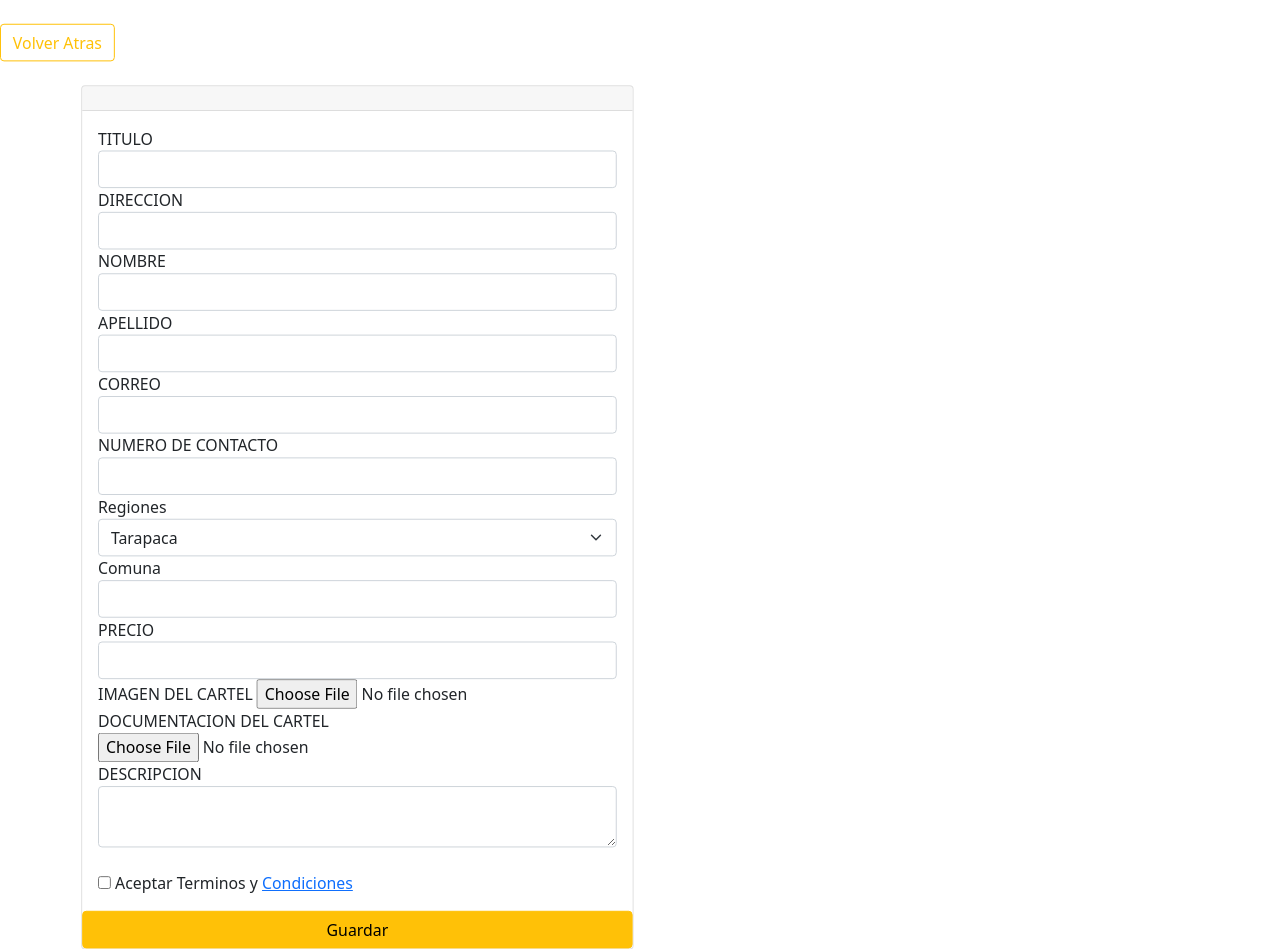
Repository: programador23/PublicitaMasWebVersionFinal
Page: http://localhost/carteles/FormularioAgregarCartel
An editor plug-in stored every save of this project. The page is shown before and after the next save, followed by the edit.
The browser window is 1280 px wide. The pictures show the whole page, at 99% of full size.
The page is this project's Thymeleaf template; nobody is signed in. The template is opened directly, without the code that normally fills it, so the values that code supplies are empty.

Above is the page before, as saved 2021-07-07 14:25:33.

### PublicitaMasWeb-master/src/main/resources/templates/carteles/FormularioAgregarCartel.html
<!DOCTYPE html>
<html xmlns:th="http://www.thymeLeaf.org">

<head>
	<meta charset="ISO-8859-1">
	<title th:text="${titulo}">Agregar Campania Publicitaria</title>
	<link href="https://cdn.jsdelivr.net/npm/bootstrap@5.0.0-beta2/dist/css/bootstrap.min.css" rel="stylesheet"
		integrity="sha384-BmbxuPwQa2lc/FVzBcNJ7UAyJxM6wuqIj61tLrc4wSX0szH/Ev+nYRRuWlolflfl" crossorigin="anonymous">
	<script src="https://cdnjs.cloudflare.com/ajax/libs/jquery/3.3.1/jquery.min.js"></script>

</head>

<body>

<br>
<div class="btn-group" role="group" aria-label="Basic outlined example">
<a href="javascript:history.back()" class="btn btn-outline-warning" aria-current="page">Volver Atras</a>
</div>
<br>

	<script src="carteles/RegionesYComunas.js"></script>
	<div class="container mt-4">
		<div class="col-sm-6">
			<form th:action="@{/savecartel}" th:object=${cartelpublicitario} method="POST"
				enctype="multipart/form-data">
				<div class="card">
					<div class="card-header text-center" >
						<h3 th:text="${titulo}">Agregar Cartel Publicitario</h3>
					</div>
					<div class="card-body">
						<div class="form-group">
							<input th:field="*{id}" type="hidden" class="form-control" />
						</div>
						<div class="form-group">
							 <input th:field="*{idusuario}" type="text" class="form-control" hidden />
						</div>

						<div class="form-group">
							<label>TITULO </label> <input th:field="*{titulo}" type="text" class="form-control"
								required="required" />
						</div>

						<div class="form-group">
							<label>DIRECCION</label> <input th:field="*{direccion}" type="text" class="form-control"
								required="required" />
						</div>

						<div class="form-group">
							<label>NOMBRE</label> <input th:field="*{nombre}" type="text" class="form-control"
								required="required" />
						</div>

						<div class="form-group">
							<label>APELLIDO</label> <input th:field="*{apellido}" type="text" class="form-control"
								required="required" />
						</div>

						<div class="form-group">
							<label>CORREO</label> <input th:field="*{correo}" type="email" class="form-control"
								required="required" />
						</div>
						<div class="form-group">
							<label>NUMERO DE CONTACTO</label> <input th:field="*{nrocontacto}" type="number"
								 class="form-control" required="required" max="9" />
						</div>

						<div class="form-group">
							<label>Regiones</label>
							<select id="*{region}" name="region" class="form-select">
								<option value="Tarapaca">Tarapaca</option>
								<option value="Antofagasta">Antofagasta</option>
								<option value="Atacama">Atacama</option>
								<option value="Coquimbo">Coquimbo</option>
								<option value="Valparaiso">Valparaiso</option>
								<option value="O'Higgins">O'Higgins</option>
								<option value="Maule">Maule</option>
								<option value="Bio - Bio">Bio - Bio</option>
								<option value="Araucania">Araucania</option>
								<option value="Los Lagos">Los Lagos</option>
								<option value="Aisen">Aisen</option>
								<option value="Magallanes Y Antartica">Magallanes Y Antartica</option>
								<option value="Metropolitana">Metropolitana</option>
								<option value="Los Rios">Los Rios</option>
								<option value="Arica y Parinacota">Arica y Parinacota</option>

							</select>
								<div class="form-group">
							<label>Comuna</label> <input th:field="*{comuna}" type="text" class="form-control"
								required="required" />
						</div>

						</div>

							<div class="form-group">
							<label>PRECIO</label> <input th:field="*{precio}" type="number" class="form-control"
								required="required" />
						</div>

						<div class="form-group">
							<label>IMAGEN DEL CARTEL</label> <input type="file" name="file" id="image" required/>
						</div>
						<div class="form-group">
							<label>DOCUMENTACION DEL CARTEL</label> <input type="file" name="document"
								id="documentos" required/>
						</div>
																		<div class="form-group">
							<label>DESCRIPCION</label> <textarea th:field="*{detalle}" type="text"
								class="form-control" required="required"></textarea>
						</div>
						<br>
						<input type="checkbox" name="condiciones" required/>
						<label for="condiciones">Aceptar Terminos y <a href="pagina_condiciones.html">Condiciones</a> </label>




					</div>
					<div class="d-grid gap-2 btn-block">
						<input type="submit" value="Guardar" class="btn btn-warning">

					</div>
				</div>
			</form>

		</div>
	</div>

		<script src="https://code.jquery.com/jquery-3.6.0.js"></script>
<script src="regionesycomunas.js"></script>
</body>

</html>

### PublicitaMasWeb-master/src/main/resources/static/regionesycomunas.js
var RegionesYcomunas = {

	"regiones": [{
			"NombreRegion": "Arica y Parinacota",
			"comunas": ["Arica", "Camarones", "Putre", "General Lagos"]
	},
		{
			"NombreRegion": "Tarapacá",
			"comunas": ["Iquique", "Alto Hospicio", "Pozo Almonte", "Camiña", "Colchane", "Huara", "Pica"]
	},
		{
			"NombreRegion": "Antofagasta",
			"comunas": ["Antofagasta", "Mejillones", "Sierra Gorda", "Taltal", "Calama", "Ollagüe", "San Pedro de Atacama", "Tocopilla", "María Elena"]
	},
		{
			"NombreRegion": "Atacama",
			"comunas": ["Copiapó", "Caldera", "Tierra Amarilla", "Chañaral", "Diego de Almagro", "Vallenar", "Alto del Carmen", "Freirina", "Huasco"]
	},
		{
			"NombreRegion": "Coquimbo",
			"comunas": ["La Serena", "Coquimbo", "Andacollo", "La Higuera", "Paiguano", "Vicuña", "Illapel", "Canela", "Los Vilos", "Salamanca", "Ovalle", "Combarbalá", "Monte Patria", "Punitaqui", "Río Hurtado"]
	},
		{
			"NombreRegion": "Valparaíso",
			"comunas": ["Valparaíso", "Casablanca", "Concón", "Juan Fernández", "Puchuncaví", "Quintero", "Viña del Mar", "Isla de Pascua", "Los Andes", "Calle Larga", "Rinconada", "San Esteban", "La Ligua", "Cabildo", "Papudo", "Petorca", "Zapallar", "Quillota", "Calera", "Hijuelas", "La Cruz", "Nogales", "San Antonio", "Algarrobo", "Cartagena", "El Quisco", "El Tabo", "Santo Domingo", "San Felipe", "Catemu", "Llaillay", "Panquehue", "Putaendo", "Santa María", "Quilpué", "Limache", "Olmué", "Villa Alemana"]
	},
		{
			"NombreRegion": "Región del Libertador Gral. Bernardo O’Higgins",
			"comunas": ["Rancagua", "Codegua", "Coinco", "Coltauco", "Doñihue", "Graneros", "Las Cabras", "Machalí", "Malloa", "Mostazal", "Olivar", "Peumo", "Pichidegua", "Quinta de Tilcoco", "Rengo", "Requínoa", "San Vicente", "Pichilemu", "La Estrella", "Litueche", "Marchihue", "Navidad", "Paredones", "San Fernando", "Chépica", "Chimbarongo", "Lolol", "Nancagua", "Palmilla", "Peralillo", "Placilla", "Pumanque", "Santa Cruz"]
	},
		{
			"NombreRegion": "Región del Maule",
			"comunas": ["Talca", "ConsVtución", "Curepto", "Empedrado", "Maule", "Pelarco", "Pencahue", "Río Claro", "San Clemente", "San Rafael", "Cauquenes", "Chanco", "Pelluhue", "Curicó", "Hualañé", "Licantén", "Molina", "Rauco", "Romeral", "Sagrada Familia", "Teno", "Vichuquén", "Linares", "Colbún", "Longaví", "Parral", "ReVro", "San Javier", "Villa Alegre", "Yerbas Buenas"]
	},
		{
			"NombreRegion": "Región del Biobío",
			"comunas": ["Concepción", "Coronel", "Chiguayante", "Florida", "Hualqui", "Lota", "Penco", "San Pedro de la Paz", "Santa Juana", "Talcahuano", "Tomé", "Hualpén", "Lebu", "Arauco", "Cañete", "Contulmo", "Curanilahue", "Los Álamos", "Tirúa", "Los Ángeles", "Antuco", "Cabrero", "Laja", "Mulchén", "Nacimiento", "Negrete", "Quilaco", "Quilleco", "San Rosendo", "Santa Bárbara", "Tucapel", "Yumbel", "Alto Biobío", "Chillán", "Bulnes", "Cobquecura", "Coelemu", "Coihueco", "Chillán Viejo", "El Carmen", "Ninhue", "Ñiquén", "Pemuco", "Pinto", "Portezuelo", "Quillón", "Quirihue", "Ránquil", "San Carlos", "San Fabián", "San Ignacio", "San Nicolás", "Treguaco", "Yungay"]
	},
		{
			"NombreRegion": "Región de la Araucanía",
			"comunas": ["Temuco", "Carahue", "Cunco", "Curarrehue", "Freire", "Galvarino", "Gorbea", "Lautaro", "Loncoche", "Melipeuco", "Nueva Imperial", "Padre las Casas", "Perquenco", "Pitrufquén", "Pucón", "Saavedra", "Teodoro Schmidt", "Toltén", "Vilcún", "Villarrica", "Cholchol", "Angol", "Collipulli", "Curacautín", "Ercilla", "Lonquimay", "Los Sauces", "Lumaco", "Purén", "Renaico", "Traiguén", "Victoria", ]
	},
		{
			"NombreRegion": "Región de Los Ríos",
			"comunas": ["Valdivia", "Corral", "Lanco", "Los Lagos", "Máfil", "Mariquina", "Paillaco", "Panguipulli", "La Unión", "Futrono", "Lago Ranco", "Río Bueno"]
	},
		{
			"NombreRegion": "Región de Los Lagos",
			"comunas": ["Puerto Montt", "Calbuco", "Cochamó", "Fresia", "FruVllar", "Los Muermos", "Llanquihue", "Maullín", "Puerto Varas", "Castro", "Ancud", "Chonchi", "Curaco de Vélez", "Dalcahue", "Puqueldón", "Queilén", "Quellón", "Quemchi", "Quinchao", "Osorno", "Puerto Octay", "Purranque", "Puyehue", "Río Negro", "San Juan de la Costa", "San Pablo", "Chaitén", "Futaleufú", "Hualaihué", "Palena"]
	},
		{
			"NombreRegion": "Región Aisén del Gral. Carlos Ibáñez del Campo",
			"comunas": ["Coihaique", "Lago Verde", "Aisén", "Cisnes", "Guaitecas", "Cochrane", "O’Higgins", "Tortel", "Chile Chico", "Río Ibáñez"]
	},
		{
			"NombreRegion": "Región de Magallanes y de la AntárVca Chilena",
			"comunas": ["Punta Arenas", "Laguna Blanca", "Río Verde", "San Gregorio", "Cabo de Hornos (Ex Navarino)", "AntárVca", "Porvenir", "Primavera", "Timaukel", "Natales", "Torres del Paine"]
	},
		{
			"NombreRegion": "Región Metropolitana de Santiago",
			"comunas": ["Cerrillos", "Cerro Navia", "Conchalí", "El Bosque", "Estación Central", "Huechuraba", "Independencia", "La Cisterna", "La Florida", "La Granja", "La Pintana", "La Reina", "Las Condes", "Lo Barnechea", "Lo Espejo", "Lo Prado", "Macul", "Maipú", "Ñuñoa", "Pedro Aguirre Cerda", "Peñalolén", "Providencia", "Pudahuel", "Quilicura", "Quinta Normal", "Recoleta", "Renca", "San Joaquín", "San Miguel", "San Ramón", "Vitacura", "Puente Alto", "Pirque", "San José de Maipo", "Colina", "Lampa", "TilVl", "San Bernardo", "Buin", "Calera de Tango", "Paine", "Melipilla", "Alhué", "Curacaví", "María Pinto", "San Pedro", "Talagante", "El Monte", "Isla de Maipo", "Padre Hurtado", "Peñaflor"]
	}]
}


jQuery(document).ready(function () {

	var iRegion = 0;
	var htmlRegion = '<option value="sin-region">Seleccione región</option><option value="sin-region">--</option>';
	var htmlComunas = '<option value="sin-region">Seleccione comuna</option><option value="sin-region">--</option>';

	jQuery.each(RegionesYcomunas.regiones, function () {
		htmlRegion = htmlRegion + '<option value="' + RegionesYcomunas.regiones[iRegion].NombreRegion + '">' + RegionesYcomunas.regiones[iRegion].NombreRegion + '</option>';
		iRegion++;
	});

	jQuery('#regiones').html(htmlRegion);
	jQuery('#comunas').html(htmlComunas);

	jQuery('#regiones').change(function () {
		var iRegiones = 0;
		var valorRegion = jQuery(this).val();
		var htmlComuna = '<option value="sin-comuna">Seleccione comuna</option><option value="sin-comuna">--</option>';
		jQuery.each(RegionesYcomunas.regiones, function () {
			if (RegionesYcomunas.regiones[iRegiones].NombreRegion == valorRegion) {
				var iComunas = 0;
				jQuery.each(RegionesYcomunas.regiones[iRegiones].comunas, function () {
					htmlComuna = htmlComuna + '<option value="' + RegionesYcomunas.regiones[iRegiones].comunas[iComunas] + '">' + RegionesYcomunas.regiones[iRegiones].comunas[iComunas] + '</option>';
					iComunas++;
				});
			}
			iRegiones++;
		});
		jQuery('#comunas').html(htmlComuna);
	});
	jQuery('#comunas').change(function () {
		if (jQuery(this).val() == 'sin-region') {
			alert('selecciones Región');
		} else if (jQuery(this).val() == 'sin-comuna') {
			alert('selecciones Comuna');
		}
	});
	jQuery('#regiones').change(function () {
		if (jQuery(this).val() == 'sin-region') {
			alert('selecciones Región');
		}
	});

});

After the next save:
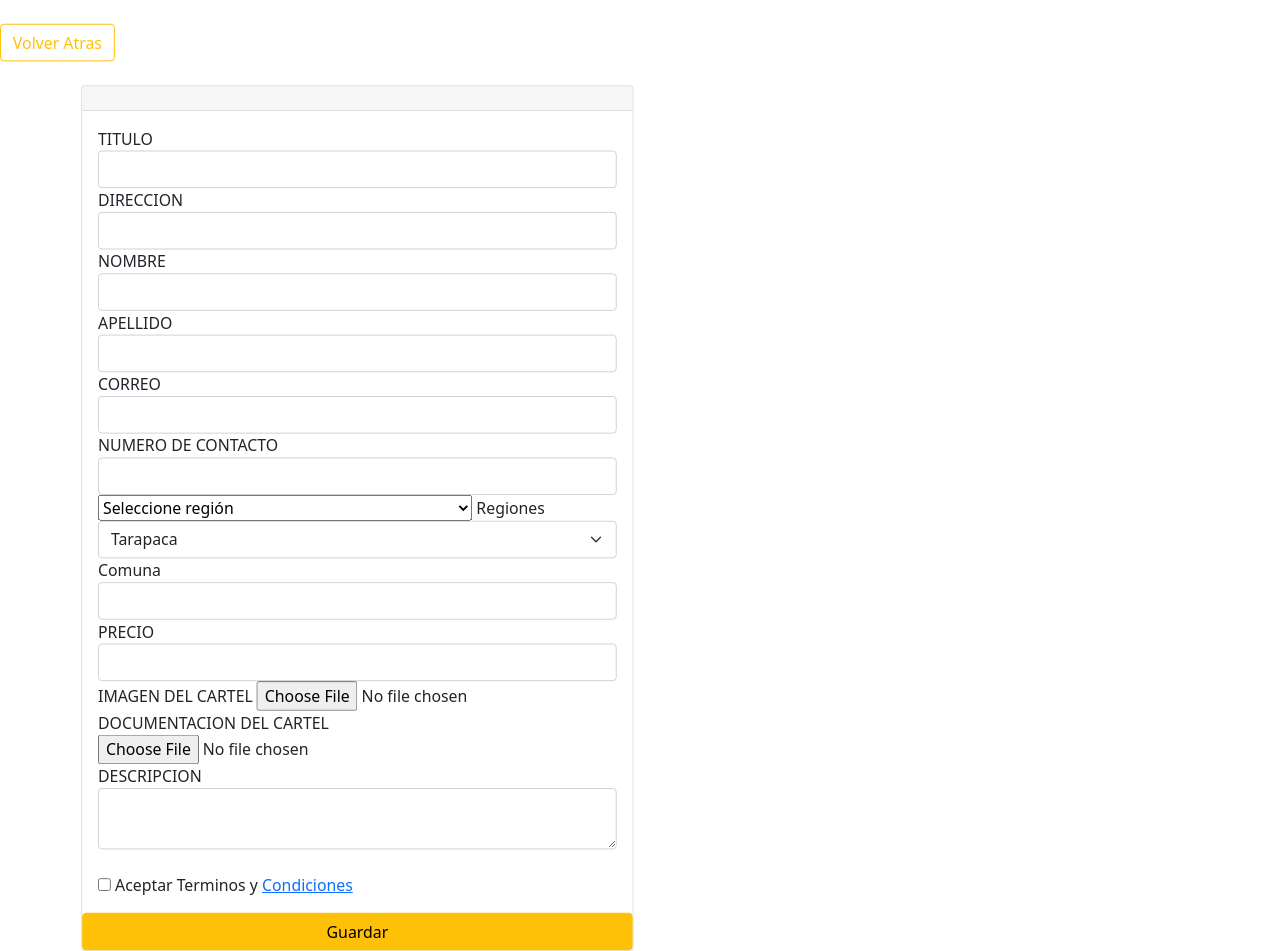
Saved 59 s later.
--- a/PublicitaMasWeb-master/src/main/resources/templates/carteles/FormularioAgregarCartel.html
+++ b/PublicitaMasWeb-master/src/main/resources/templates/carteles/FormularioAgregarCartel.html
@@ -65,6 +65,7 @@
 						</div>
 
 						<div class="form-group">
+						<select id="regiones"></select>
 							<label>Regiones</label>
 							<select id="*{region}" name="region" class="form-select">
 								<option value="Tarapaca">Tarapaca</option>
